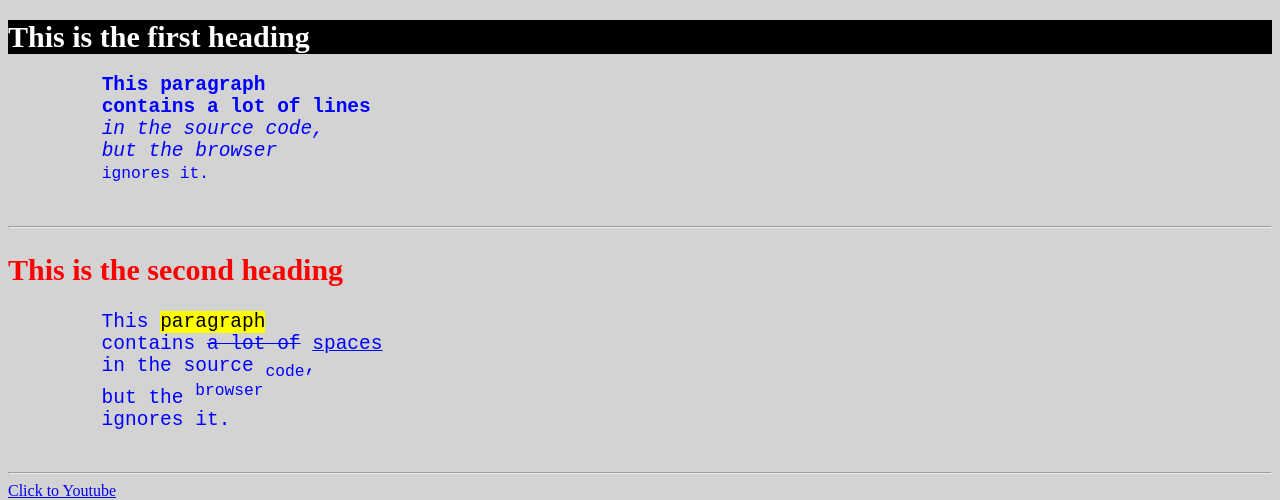
Repository: zRush1202/LoginPage-demo
Page: ex_html/index.html
These files come from the project's save history. The page is drawn as it stood at one moment and after the next save; the edit follows.
The browser window is 1280 px wide. The pictures show the part of the page from y = 0 to 500 px (the page is 773 px tall).
Pictures or frames that could not be fetched are drawn as grey boxes.

Above is the page before, as saved 2023-09-06 17:19:00.

After the next save:
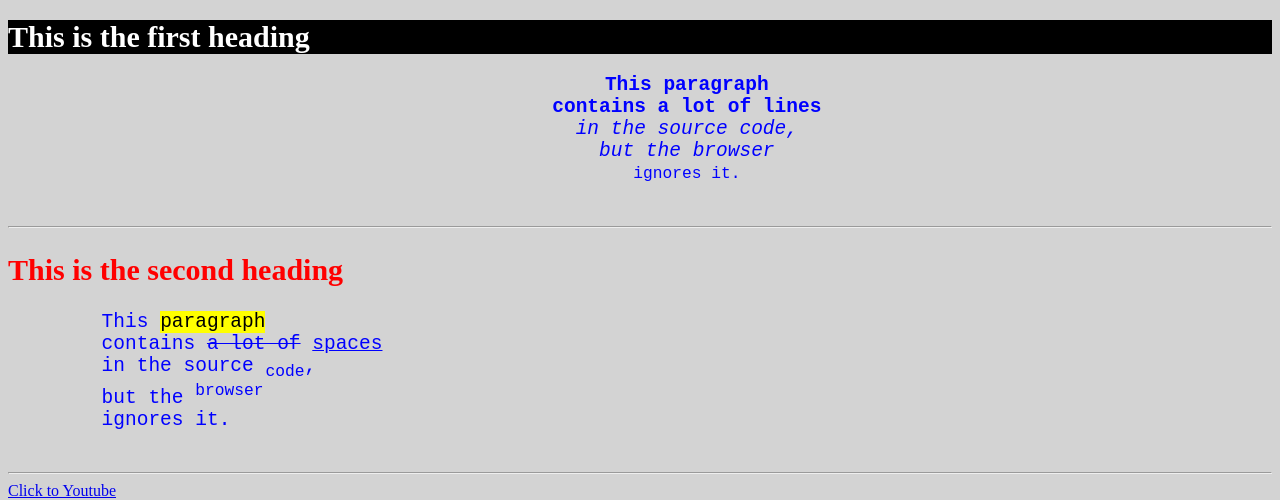
Saved 27 s later.
--- a/ex_html/index.html
+++ b/ex_html/index.html
@@ -7,7 +7,7 @@
 </head>
 <body style="background-color: lightgray;">
     <h1 style="color: white; text-align: center; background-color: black; font-size: 30px; font-family:'Times New Roman', Times, serif; text-align:left;">This is the first heading</h1>
-    <pre style="color: blue; font-size: 150%;"; title="I'm a tooltip">
+    <pre style="color: blue; text-align: center; font-size: 150%;"; title="I'm a tooltip">
         <b>This paragraph</b>
         <strong>contains a lot of lines</strong>
         <i>in the source code,</i>
